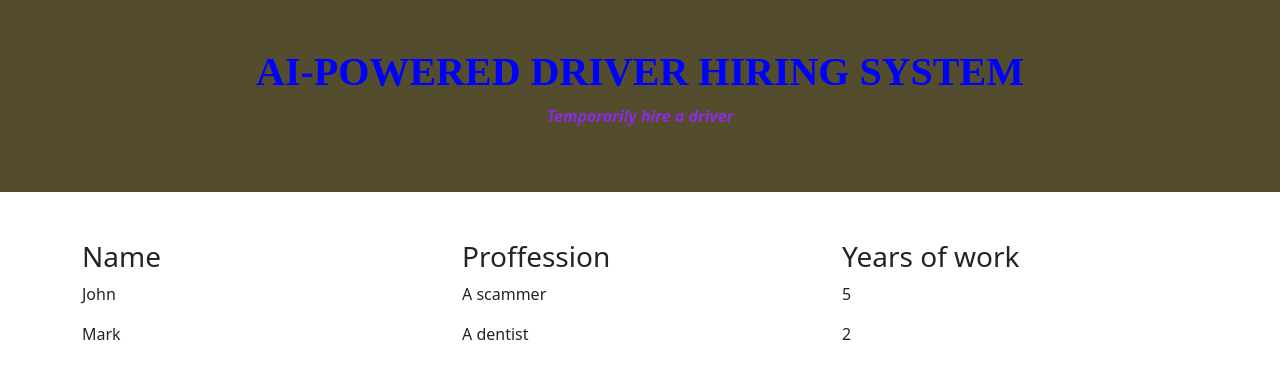
Repository: Wuda2000/AI-powered-Driver-hiring-system
Page: ONE.html
An editor plug-in stored every save of this project. The page is shown before and after the next save, followed by the edit.
The browser window is 1280 px wide. The pictures show the whole page.

Above is the page before, as saved 2024-12-23 22:35:12.

### ONE.html
<!DOCTYPE html>
<html lang="en">
<head>
  <title>Bootstrap 5 Example</title>
  <meta charset="utf-8">
  <meta name="viewport" content="width=device-width, initial-scale=1">
  <link href="https://cdn.jsdelivr.net/npm/bootstrap@5.3.3/dist/css/bootstrap.min.css" rel="stylesheet">
  <script src="https://cdn.jsdelivr.net/npm/bootstrap@5.3.3/dist/js/bootstrap.bundle.min.js"></script>
</head>
<body>


    <div class="container-fluid p-5 text-white text-center" style="background-color:HSL(50 30% 25%);">
        <h1 style="color: blue; font-family:'Times New Roman', Times, serif; " ><b>AI-POWERED DRIVER HIRING SYSTEM</b></h1>
        <p style="color: blueviolet;font-style:italic;"><b>Temporarily hire a driver</b></p>
      </div>

      <div class="container mt-5">
        <div class="row">
          <div class="col-sm-4">
            <h3>Name</h3>
            <p>John</p>
            <p>Mark</p>
          </div>
          <div class="col-sm-4">
            <h3>Proffession</h3>
            <p>A scammer</p>
            <p>A dentist</p>
          </div>
          <div class="col-sm-4">
            <h3>Years of work</h3>
            <p>5</p>
            <p>2</p>
          </div>
        </div>
      </div>
</body>
</html>

After the next save:
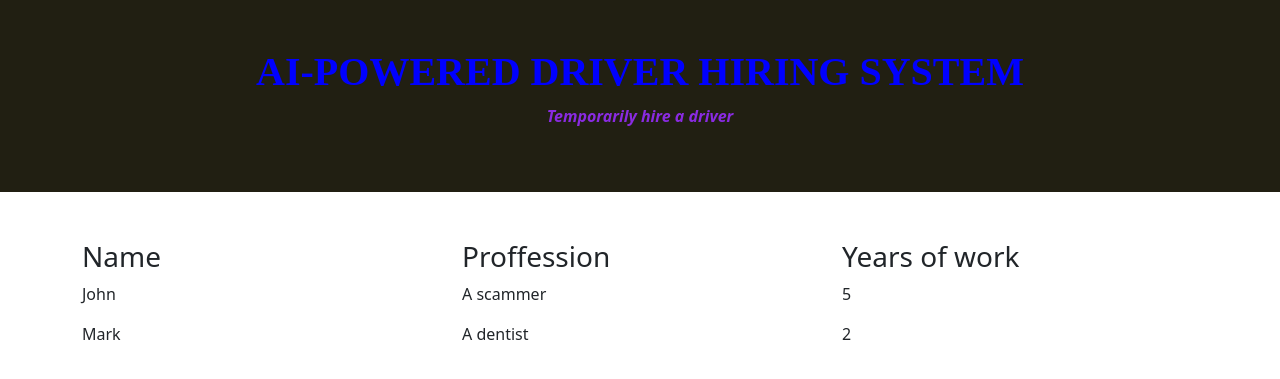
Saved 10 s later.
--- a/ONE.html
+++ b/ONE.html
@@ -10,7 +10,7 @@
 <body>
 
 
-    <div class="container-fluid p-5 text-white text-center" style="background-color:HSL(50 30% 25%);">
+    <div class="container-fluid p-5 text-white text-center" style="background-color:HSL(50 30% 10%);">
         <h1 style="color: blue; font-family:'Times New Roman', Times, serif; " ><b>AI-POWERED DRIVER HIRING SYSTEM</b></h1>
         <p style="color: blueviolet;font-style:italic;"><b>Temporarily hire a driver</b></p>
       </div>
